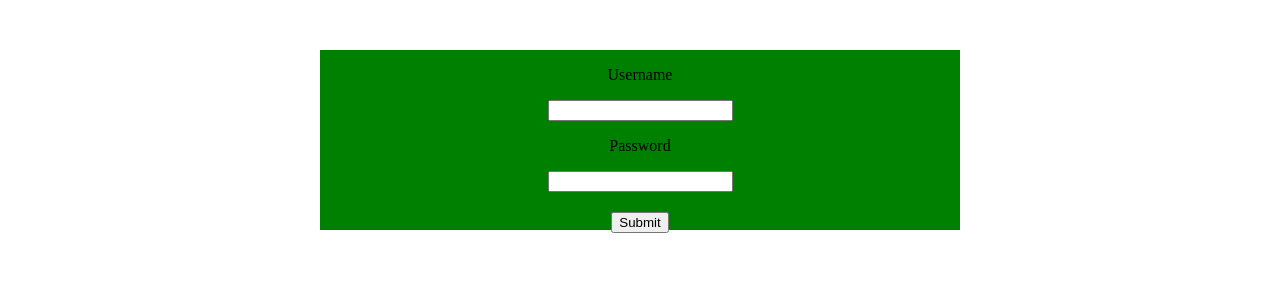
Repository: rdf004/playfab_blackjack
Page: /
The author's editor kept a copy of each file at every save. The page is drawn from the files as they stood at one save, then again after the next save.
The browser window is 1280 px wide. The pictures show the whole page.
The project was rebuilt for these pictures with package versions that can differ from the ones it lists, and the page was loaded fresh each time. Also part of the build but not shown: src/Components/App.js.

Above is the page before, as saved 2020-05-07 20:17:07.

After the next save:
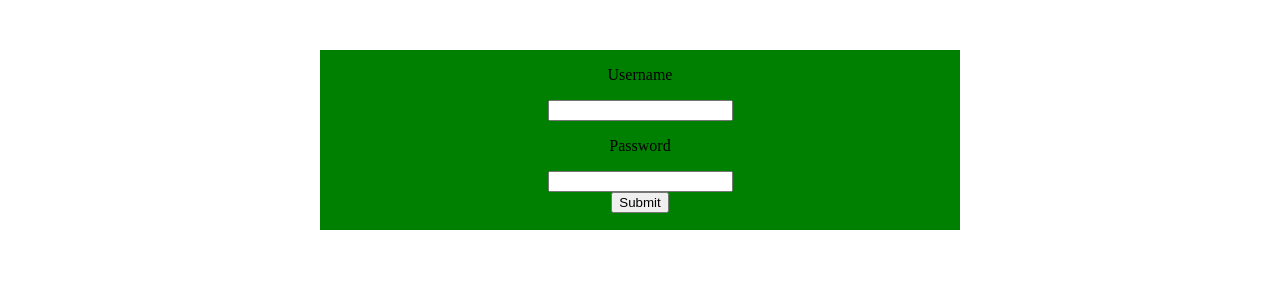
Saved 13 s later.
--- a/src/Components/Login.js
+++ b/src/Components/Login.js
@@ -19,7 +19,7 @@ class Login extends React.Component {
                                 <input type="text" name="password" />
                             </label>
                         </div>
-                        <input className="login-item" type="submit" value="Submit" />
+                        <input className="login-button" type="submit" value="Submit" />
                     </form>
                 </div>
             </div>

After the save that followed:
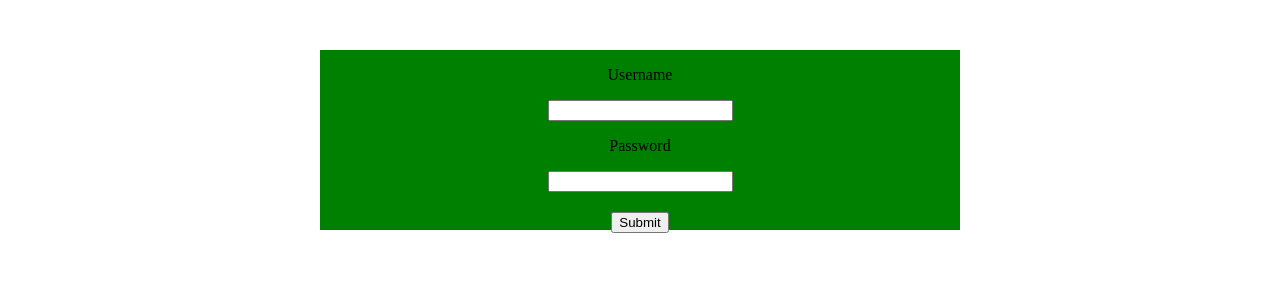
Saved 7 s later.
--- a/src/Style/style.css
+++ b/src/Style/style.css
@@ -17,6 +17,10 @@
     margin: 20px auto;
 }
 
+.login-button {
+    margin: 20px auto;
+}
+
 
 html, body {
     margin:0;
